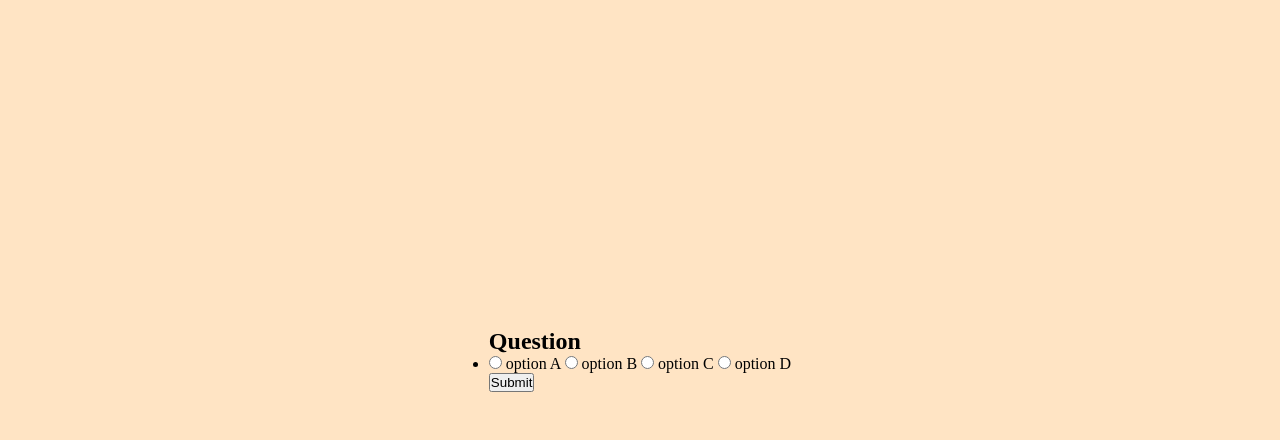
Repository: JunaidAnsari202/Quiz-App
Page: index.html
An editor plug-in stored every save of this project. The page is shown before and after a run of saves, followed by the edit.
The browser window is 1280 px wide. The pictures show the whole page.

Above is the page before, as saved 2024-10-13 19:41:46.

After the next 3 saves:
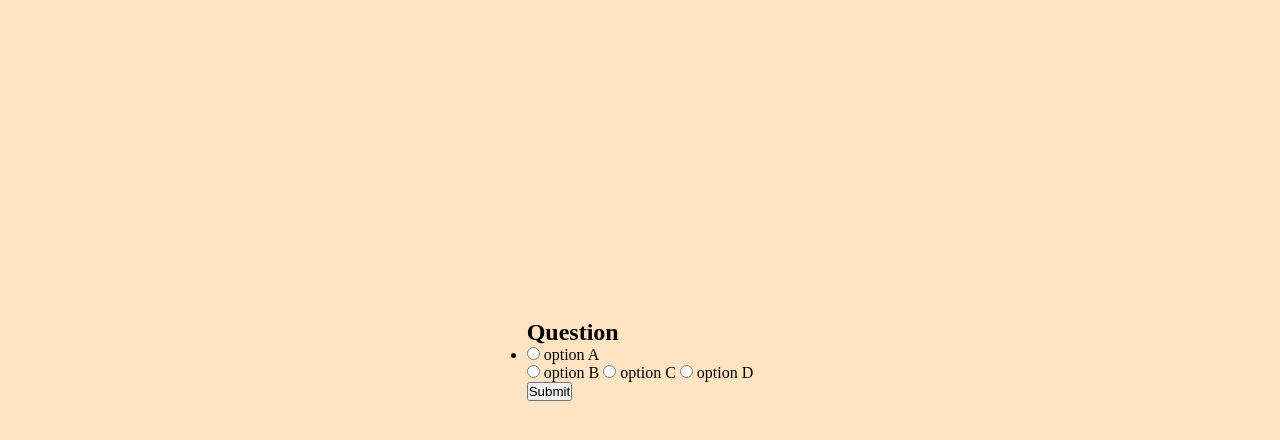
The 3 saves are shown as one change because they came seconds apart.
The last was saved 6 s later.
--- a/index.html
+++ b/index.html
@@ -17,7 +17,7 @@
             <li>
                 <input type="radio" class="answer" id="option-a" name="quiz">
                  <label for="option-a" class="text_option_a">option A</label>
-
+                </li>
                  <input type="radio" class="answer" id="option-a"  name="quiz">
                  <label for="option-b" class="text_option_a">option B</label>
 
